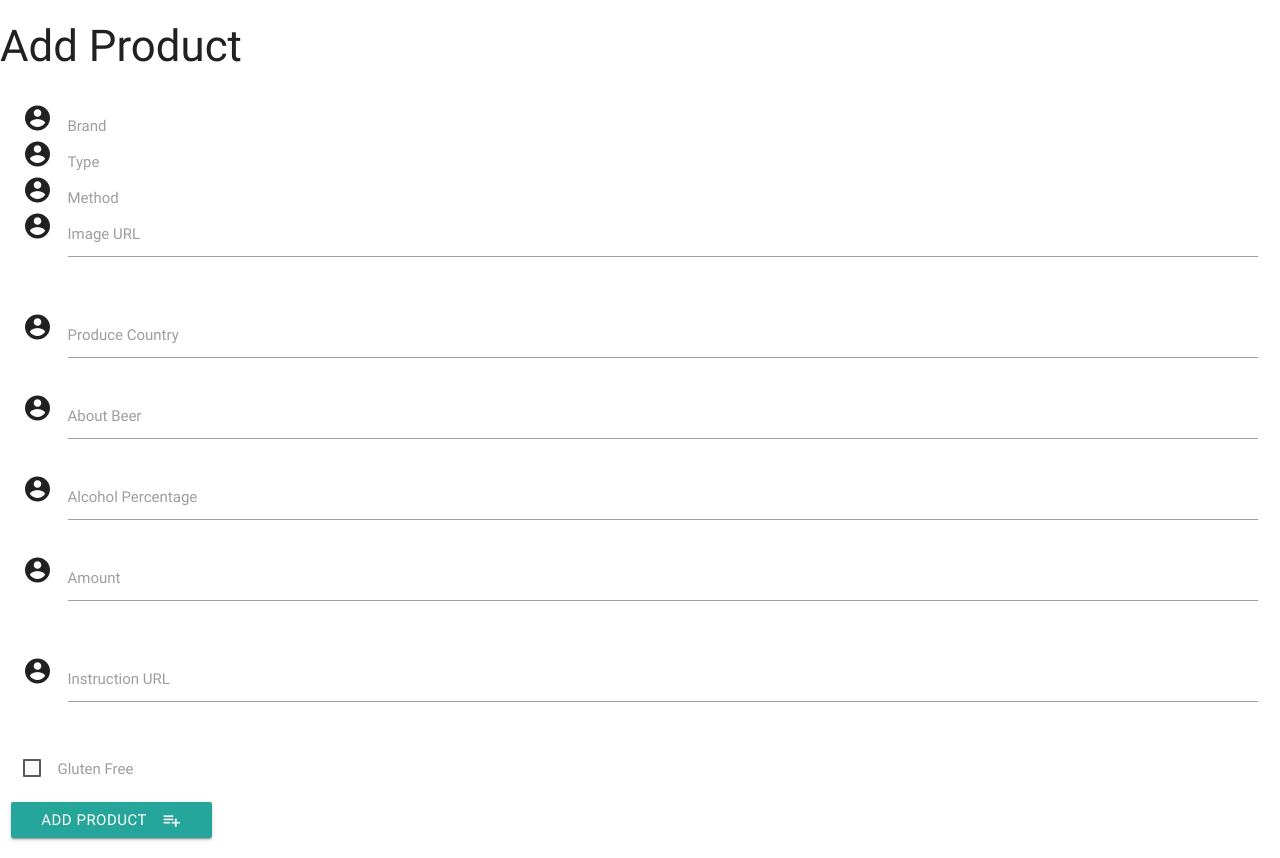
Repository: Leon2ev/lazy-brew
Page: http://localhost/add_product
The author's editor kept a record of every edit. The page is drawn from the files as they stood at one moment, then again after the next edit.
The browser window is 1280 px wide. The pictures show the whole page.
Some web libraries are served in a nearby version. The page is served by the project's application, run on Flask 3 (app.py). Queries for data that is not in the repository find no rows.

Above is the page before.

After the next edit:
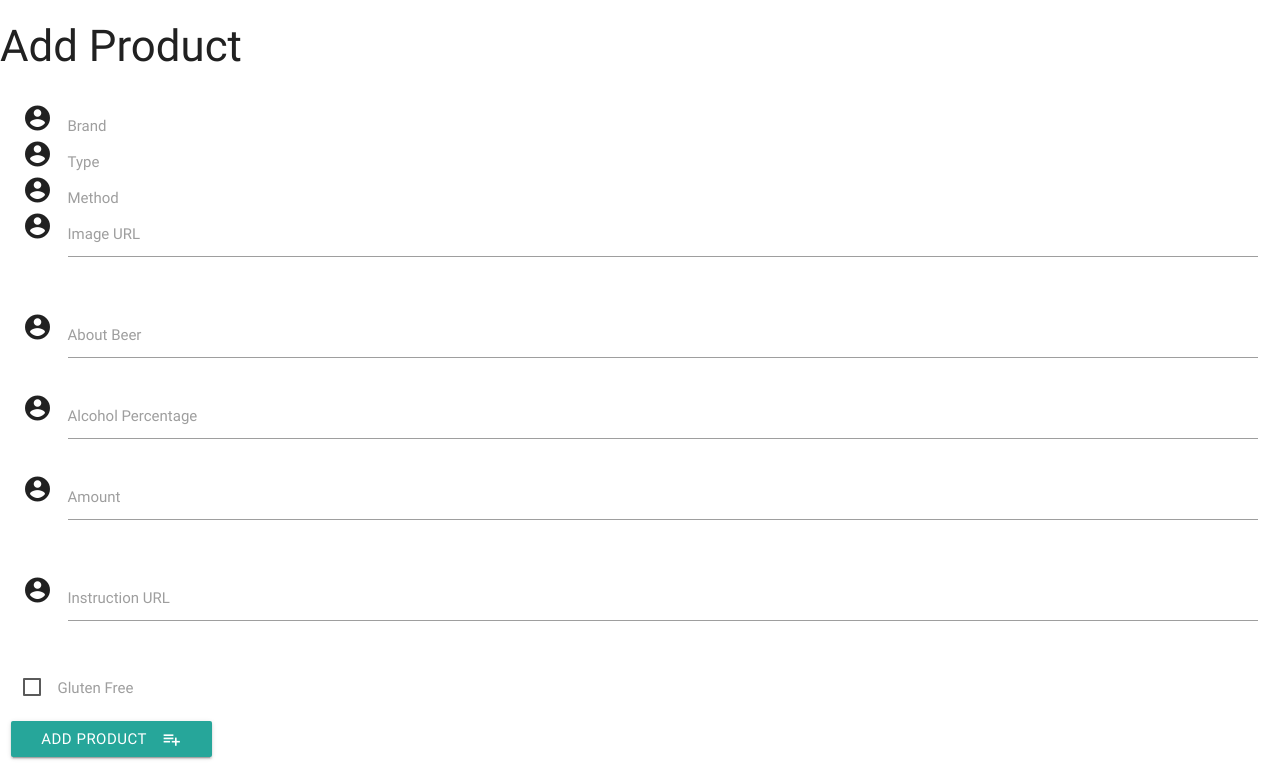
The edit:
--- a/templates/addproduct.html
+++ b/templates/addproduct.html
@@ -49,11 +49,6 @@
                 <div class="row">
                     <div class="input-field col s12">
                         <i class="material-icons prefix">account_circle</i>
-                        <input id="country" name="country" type="text" class="validate">
-                        <label for="icon_prefix">Produce Country</label>
-                    </div>
-                    <div class="input-field col s12">
-                        <i class="material-icons prefix">account_circle</i>
                         <input id="about" name="about" type="text" class="validate">
                         <label for="icon_prefix">About Beer</label>
                     </div>
